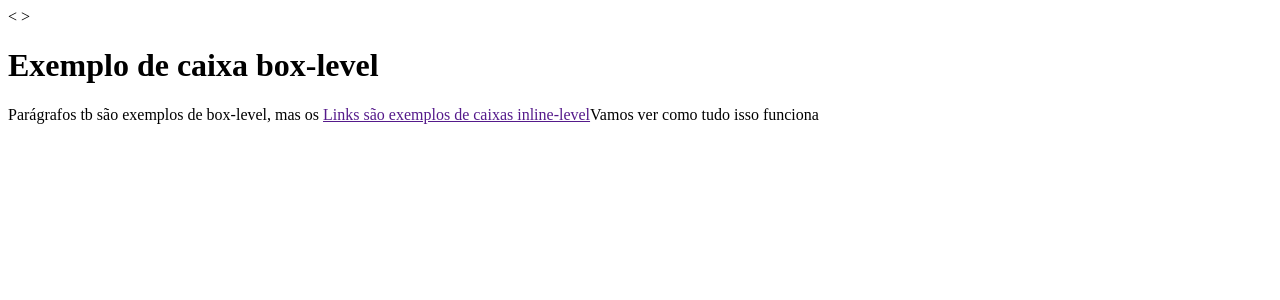
Repository: DorivalJunior14/exercicios
Page: ex.caixas.html/ex.caixas.html
An editor plug-in stored every save of this project. The page is shown before and after a run of saves, followed by the edit.
The browser window is 1280 px wide. The pictures show the whole page.

Above is the page before, as saved 2021-05-12 15:58:45.

### ex.caixas.html/ex.caixas.html
<!DOCTYPE html>
<html lang="pt-br">
<head>
    <meta charset="UTF-8">
    <meta name="viewport" content="width=device-width, initial-scale=1.0">
    <title>Modelos de Caixas</title>
</head>
<<body>

</body>>
    <h1>Exemplo de caixa box-level</h1>
    <p>Parágrafos tb são exemplos de box-level, mas os <a href="">Links são exemplos de caixas inline-level</a>Vamos ver como tudo isso funciona</p>

</body>

After the next 2 saves:
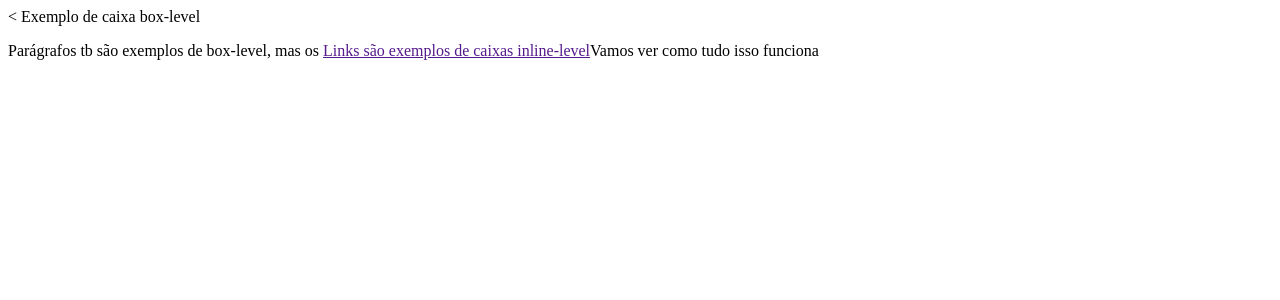
The 2 saves are shown as one change because they came seconds apart.
The last was saved 8 s later.
--- a/ex.caixas.html/ex.caixas.html
+++ b/ex.caixas.html/ex.caixas.html
@@ -5,9 +5,9 @@
     <meta name="viewport" content="width=device-width, initial-scale=1.0">
     <title>Modelos de Caixas</title>
 </head>
-<<body>
+<<b>
 
-</body>>
+</b
     <h1>Exemplo de caixa box-level</h1>
     <p>Parágrafos tb são exemplos de box-level, mas os <a href="">Links são exemplos de caixas inline-level</a>Vamos ver como tudo isso funciona</p>
 
